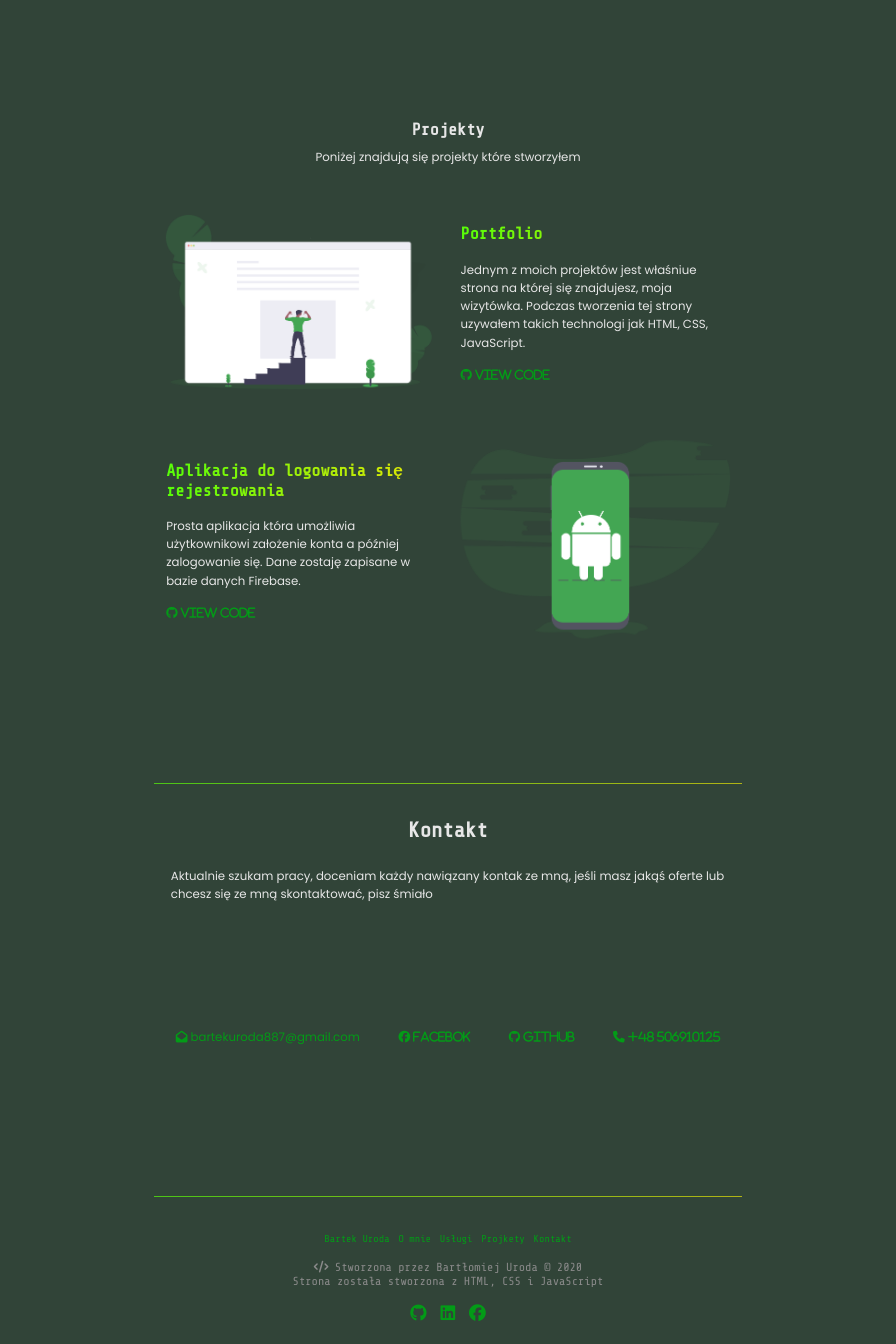
Repository: BartekUroda/portfolio
Page: index.html
The author's editor kept a copy of each file at every save. The page is drawn from the files as they stood at one save, then again after the next save.
The browser window is 1280 px wide. The pictures show the part of the page from y = 2030 to 3950 px (the page is 3950 px tall), at 70% of full size.
Some web libraries are served in a nearby version.

Above is the page before, as saved 2020-10-27 22:55:18.

After the next save:
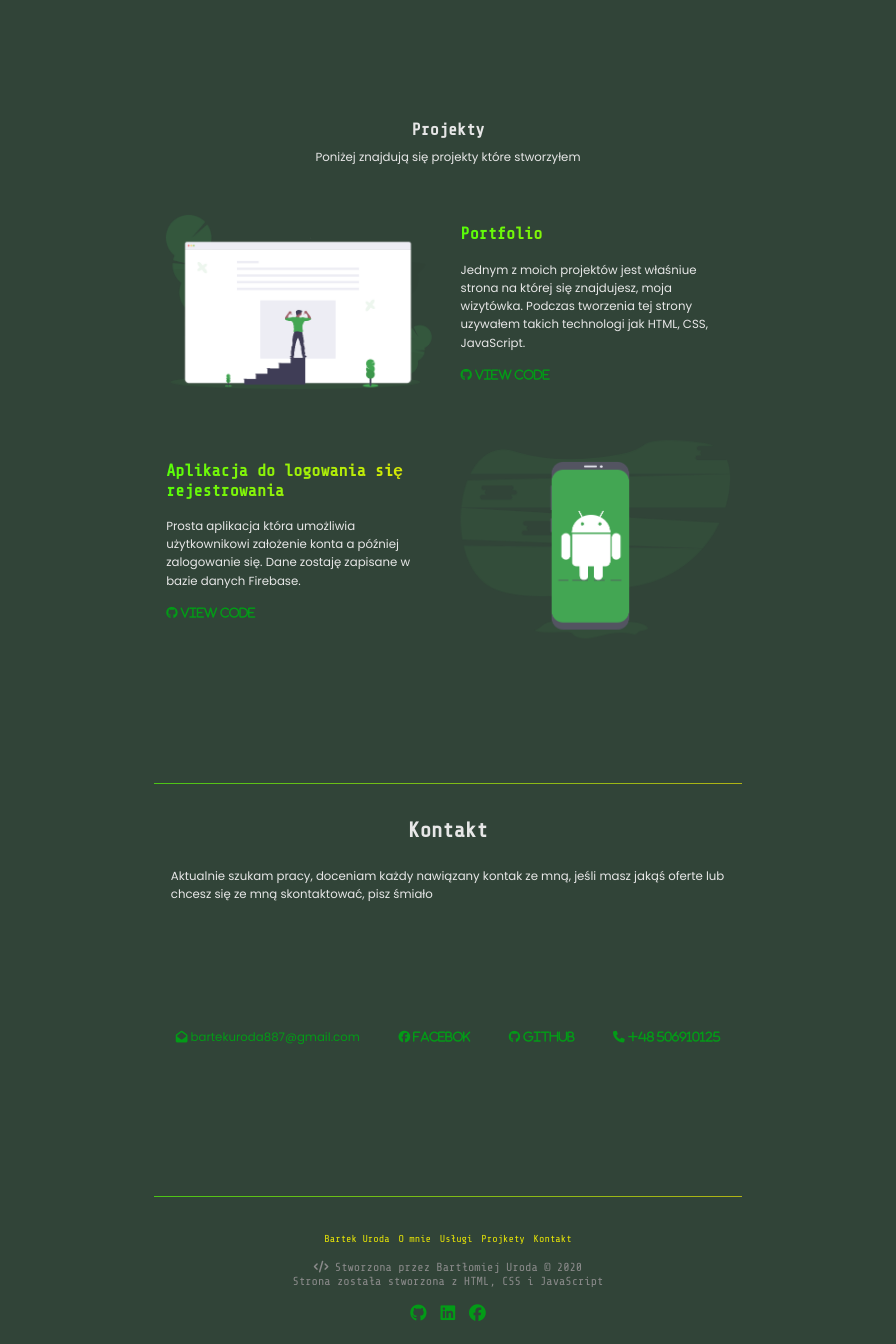
Saved 44 s later.
--- a/css/style.css
+++ b/css/style.css
@@ -458,7 +458,8 @@ footer a {
     margin: 0 0.5rem;
     font-size: 2rem;
 }
-.footer-nav .footer-nav-link:hover {
+.footer-nav .footer-nav-link,
+.footer-social:hover {
     color: rgb(231, 228, 6);
 }
 /* ----------RESPONSIVE-MOBILE--------- */
